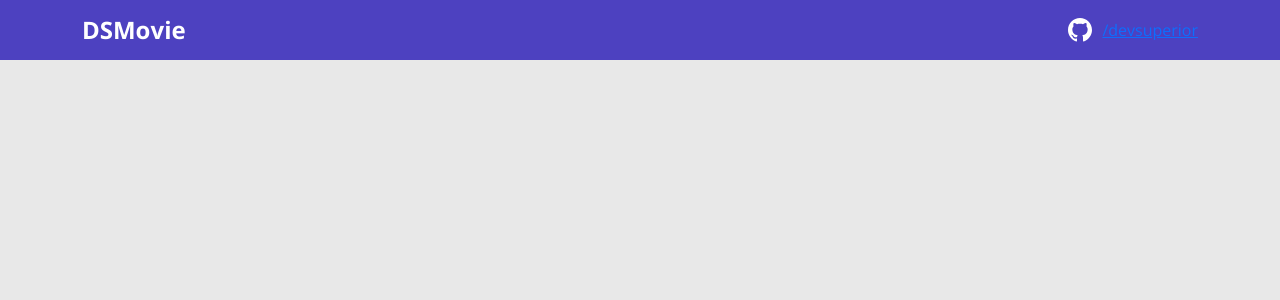
Repository: lcpsantos/dsmovie
Page: / (app in frontend/)
These files come from the project's save history. The page is drawn as it stood at one moment and after the next save; the edit follows.
The browser window is 1280 px wide. The pictures show the whole page.
The project was rebuilt for these pictures with package versions that can differ from the ones it lists, and the page was loaded fresh each time.

Above is the page before, as saved 2022-03-12 22:09:05.

### frontend/src/index.tsx
import React from 'react';
import ReactDOM from 'react-dom';
import './index.css';
import 'bootstrap/dist/css/bootstrap.css';
import App from './App';

ReactDOM.render(
  <React.StrictMode>
    <App />
  </React.StrictMode>,
  document.getElementById('root')
);

### frontend/src/App.tsx
import Navbar from "./components/Navbar";

function App() {
  return (
   <Navbar />
  );
}

export default App;

### frontend/src/components/Navbar/index.tsx
import { ReactComponent as GitHubIcon } from "assets/img/github.svg";
import './styles.css';

function Navbar() {
  return (
    <header>
      <nav className="container">
        <div className="dsmovie-nav-content">
          <h1>DSMovie</h1>
          <a href="https://github.com/lcpsantos">
            <div className="dsmovie-contact-container">
              <GitHubIcon />
              <p className="dsmovie-contact-link">/devsuperior</p>
            </div>
          </a>
        </div>
      </nav>
    </header>
  );
}

export default Navbar;

### frontend/src/components/Navbar/styles.css
header {
  background-color: var(--color-primary);
  height: 60px;
  display: flex;
  align-items: center;
}

.dsmovie-nav-content {
  display: flex;
  justify-content: space-between;
  align-items: center;
  color: #fff;
}

.dsmovie-nav-content h1 {
  margin: 0;
  font-weight: 700;
  font-size: 24px;
}

.dsmovie-contact-container {
  display: flex;
}

.dsmovie-contact-link {
  margin: 0 0 0 10px;
}

Loaded but not shown: frontend/public/index.html (common file); frontend/src/index.css (common file)

After the next save:
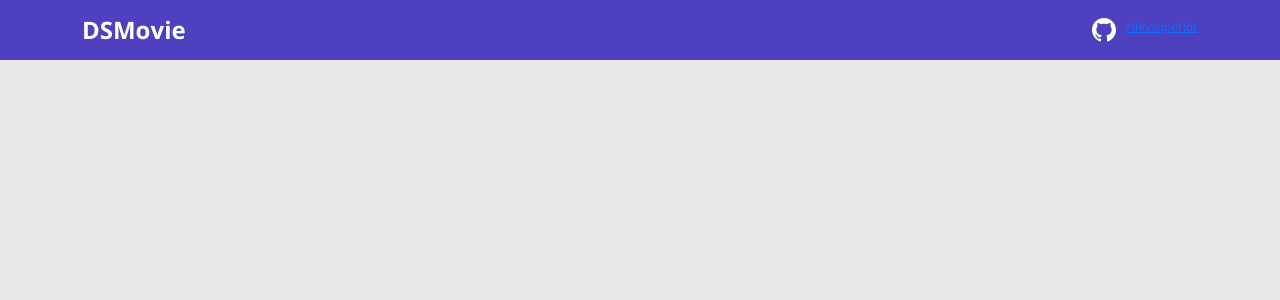
Saved 24 s later.
--- a/frontend/src/components/Navbar/styles.css
+++ b/frontend/src/components/Navbar/styles.css
@@ -24,4 +24,5 @@
 
 .dsmovie-contact-link {
   margin: 0 0 0 10px;
+  font-size:12px
 }
